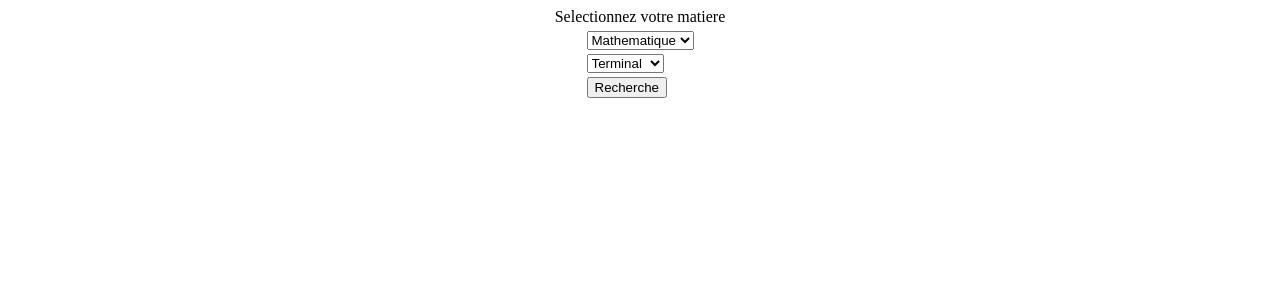
Repository: AntoAnt/WikiScolaire-
Page: http://localhost/InterfaceWikiScolair/Recherche.jsp
An editor plug-in stored every save of this project. The page is shown before and after the next save, followed by the edit.
The browser window is 1280 px wide. The pictures show the whole page.
The page is served by Tomcat 9. Other server files are loaded and not shown.

Above is the page before, as saved 2017-04-27 13:31:25.

### InterfaceWikiScolair/WebContent/Recherche.jsp
<%@ page language="java" contentType="text/html; charset=ISO-8859-1"
    pageEncoding="ISO-8859-1"%>
<%@ taglib uri="http://java.sun.com/jsp/jstl/core" prefix="c" %>
<!DOCTYPE html PUBLIC "-//W3C//DTD HTML 4.01 Transitional//EN" "http://www.w3.org/TR/html4/loose.dtd">
<html>
<head>
<meta http-equiv="Content-Type" content="text/html; charset=ISO-8859-1">
<title>Recherche_cours</title>
</head>
<body>
<center>
	<form method="post" action="/InterfaceWikiScolair/ControleurPrincipal?idaction=Recherche_cours">
		<table>
			<tr>Selectionnez votre matiere </tr>
			<tr><td>
				<select id="Recherche_Matiere">
					<option value ="Mathematique">Mathematique</option>
					<option value ="Français">Français</option>
					<option value ="Anglais">Anglais</option>
					<option value ="SVT">SVT</option>
					<option value ="Physique">Physique</option>
					<option value ="economie">economie</option>
					<option value ="Histoire">Histoire</option>
					<option value ="Geographie">Geographie</option>
					<option value ="Philosophie">Philosophie</option>
				</select>
			<tr><td>
				<select id="Recherche_Niveau">
					<option value = "Terminal">Terminal</option>
					<option value = "Premiere">Premiere</otpion>
					<option value = "Seconde">Seconde</option>
				</select>
			</td></tr>
			<tr><td><input type="submit" name="recherche_cours" value="Recherche"></td></tr>
	</table>
</form>
<table>
<tr> <td> </td> </tr>

</table>


</center>
</body>
</html>

After the next save:
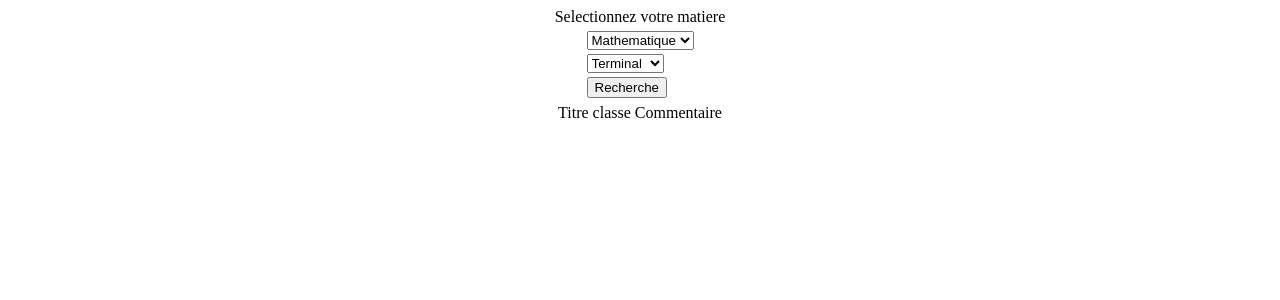
Saved 88 s later.
--- a/InterfaceWikiScolair/WebContent/Recherche.jsp
+++ b/InterfaceWikiScolair/WebContent/Recherche.jsp
@@ -35,7 +35,7 @@
 	</table>
 </form>
 <table>
-<tr> <td> </td> </tr>
+<tr> <td>Titre</td> <td>classe </td> <td>Commentaire</td> </tr>
 
 </table>
 
